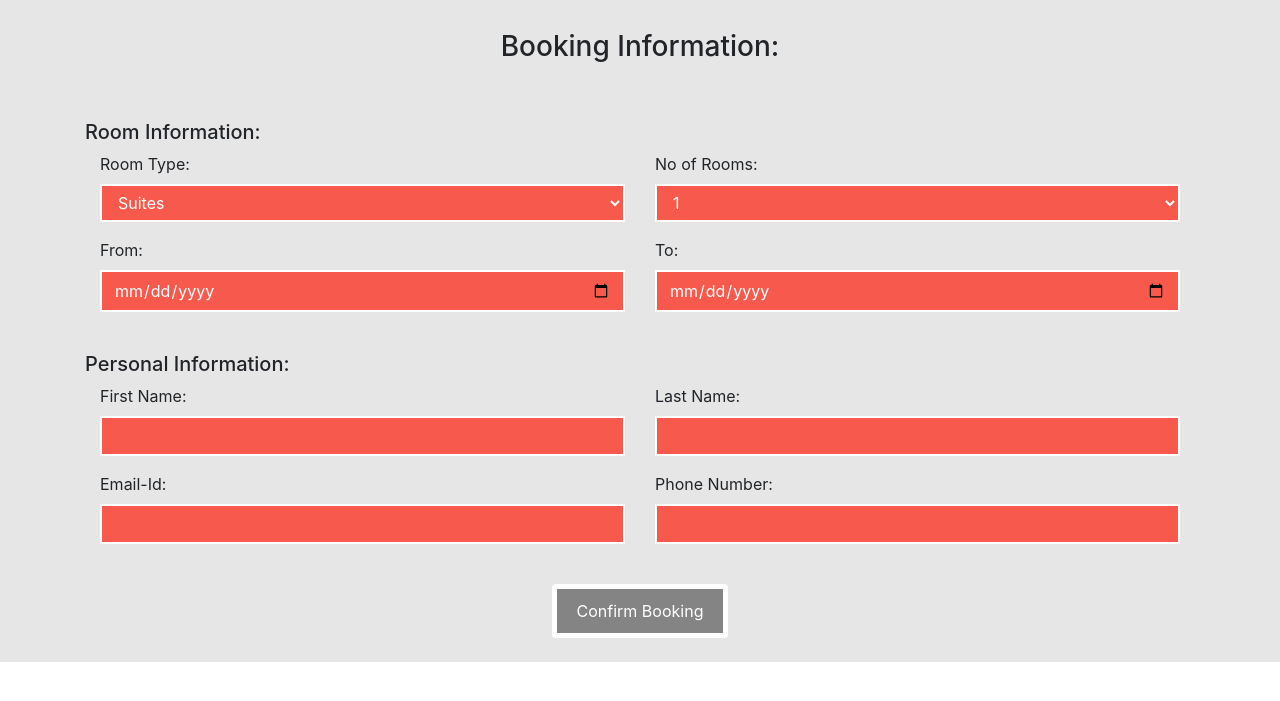
Repository: kapsky5/HotelManagement
Page: booking.html
The author's editor kept a copy of each file at every save. The page is drawn from the files as they stood at one save, then again after the next save.
The browser window is 1280 px wide. The pictures show the whole page.

Above is the page before, as saved 2019-11-07 03:53:47.

### booking.html
<!DOCTYPE html>
<html lang="en">
<head>
    <meta charset="UTF-8">
    <meta name="viewport" content="width=device-width, initial-scale=1.0">
    <meta http-equiv="X-UA-Compatible" content="ie=edge">
    <title>RADISSON BLU</title>
    <link rel="stylesheet" href="css/main.css">
    <link rel="stylesheet" href="https://maxcdn.bootstrapcdn.com/bootstrap/4.0.0/css/bootstrap.min.css" integrity="sha384-Gn5384xqQ1aoWXA+058RXPxPg6fy4IWvTNh0E263XmFcJlSAwiGgFAW/dAiS6JXm" crossorigin="anonymous">
</head>
<body>
    <div class="containerz">
        <div class="container">
            <div class="header" style="padding-top: 30px;">
                <div class="text-center">
                    <h3>Booking Information:</h3>
                </div>
            </div>
            <br>
            <br>
            <form action="" method="POST">
                <h5>Room Information:</h5>
                <div class="row">
                    <div class="col-md-6">
                        <div class="form-group">
                            <label>Room Type:</label>
                            <select class="form-control" placeholder="Select-Room">
                                <option>Suites</option>
                                <option>Deluxe Rooms</option>
                                <option>King Rooms</option>
                                <option>Single</option>
                            </select>
                        </div>
                    </div>
                    <div class="col-md-6">
                        <div class="form-group">
                            <label>No of Rooms:</label>
                            <select class="form-control">
                                <option>1</option>
                                <option>2</option>
                                <option>3</option>
                                <option>4</option>
                            </select>
                        </div>
                    </div>
                    <div class="col-md-6">
                        <div class="form-group">
                            <label>From:</label>
                            <input class="form-control" type="date">
                        </div>
                    </div>
                    <div class="col-md-6">
                        <div class="form-group">
                            <label>To:</label>
                            <input class="form-control" type="date">
                        </div>
                    </div>
                </div>
                <br>
                <h5>Personal Information:</h5>
                <div class="row">
                    <div class="col-md-6">
                        <div class="form-group">
                            <label>First Name:</label>
                            <input class="form-control">
                        </div>
                    </div>
                    <div class="col-md-6">
                        <div class="form-group">
                            <label>Last Name:</label>
                            <input class="form-control">
                        </div>
                    </div>
                    <div class="col-md-6">
                        <div class="form-group">
                            <label>Email-Id:</label>
                            <input class="form-control" type="email">
                        </div>
                    </div>
                    <div class="col-md-6">
                        <div class="form-group">
                            <label>Phone Number:</label>
                            <input class="form-control">
                        </div>
                    </div>
                </div>
                <br>
                <div class="text-center">
                    <button class="btn btn-primary" type="submit" style="background-color: #848484; padding: 10px 20px; border: 5px white solid;">Confirm Booking</button>
                </div>
            </form>
            <br>
        </div>
    </div>
</body>
</html>

### css/main.css
.fixed-top{
    position: absolute !important;
}
.carousel-item{
    height: 100vh;
    min-height: 300px;
    background: no-repeat center center scroll;
    -webkit-baackground-size: cover;
    background-size: cover;
    position: absolute;
}
.carousel-caption {
    top: 40% !important;
}
.carousel-caption h5{
    color: #ffffff;
    text-transform: uppercase;
    font-size: 35px;
    letter-spacing: 2px;
    margin-top:25px;
}
.navbar-light .nav-link{
    text-transform: uppercase;
    color: #ffffff !important;
    font-size: 15px;
    margin-left: 20px;
}
.navbar-light .navbar-brand{
    color: #ffffff !important;
    font-size: 30px;
    letter-spacing: 1px;
}
.nav-link:active, .nav-link:hover {
    color: #F75A4C !important;
}
.carousel-caption .btn {
    margin: 40px 20px;
    padding: 15px 30px;
    border-radius: 40px;
    background: #F75A4C;
    border: none;
    text-transform: uppercase;
    font-size: 18px;
}
.carousel-caption .btn:hover{
    background: #454244;
}
.fac{
    margin: 0 auto;
    font-size: 25px;
    letter-spacing: 1px;
}
.tabx h6{
    font-weight: 600 !important;
}
.nav-item.nav-link{
    color: rgb(192, 192, 192);
}
.nav-item.nav-link.active{
    color: #F75A4C !important;
    background-color: #ffffff !important;
}
#tabs .nav > a{
    border-radius: 0px;
    padding: 40px 1rem;
    border-bottom: 1px solid rgb(192, 192, 192);
}
#tabs .nav > a.active{
    border-bottom: 1px solid #F75A4C;
}
.containerx{
    padding: 40px;
}
.containerx p{
    font-size: 18px;
    line-height: 1.8;
    color: #848484;
}
.tabImg{
    max-width: 100%;
    height: 550px;
}
.heading{
    color: #F75A4C;
    text-transform: uppercase;
    margin-bottom: 20px;
}
.sub-heading{
    margin-top: 20px;
    font-size: 16px;
    color: rgb(192, 192, 192);
}
.foot{
    margin-top: 50px;
    background-color: #E6E6E6;
}
.rowinfoot{
    padding: 30px 0px;
}
.foo-head{
    font-size: 20px;
    color: #F75A4C;
    margin: 20px 0;
}
.foo-text{
    font-size: 16px;
    line-height: 1.5;
}
.foo-text li a{
    color: black;
    text-decoration: none;
}
.copyright {
    color: white;
    background: #554f53;
    justify-content: center;
}
.copyright p{
    margin-bottom: 0;
}
.image{
    width: 100%;
    height: 50vh;
}
.containerz{
    background-color: #E6E6E6;
}
.heading1{
    text-transform: uppercase;
    font-size: 24px;
    letter-spacing: 1px;
}
.room-img{
    width: 100%;
    height: 415px;
}
.card{
    border-radius: 0px !important;
}
.card-body{
    padding: 0px !important;
}
.head-room{
    color: #F75A4C;
    font-size: 22px;
    text-transform: uppercase;
    letter-spacing: 1px;
}
.card-body.row.col-md-5, .card-body.row.col-md-7, .card-body.row.col-md-6, .card-body.row.col-md-3{
    padding: 0px !important;
}

.containerz .imgx, .containerz .imgx{
    padding: 0px !important;
}
.dpt, .dpts{
    padding: 40px 50px !important;
}
.dpt p{
    font-size: 18px;
    line-height: 1.8;
    color: #848484;
}
.dpts p{
    font-size: 16px;
    line-height: 1.5;
    color: #848484;
}
.row{
    margin: 0px !important;
}
.card .btn{
    padding: 10px 30px;
    border-radius: 0px;
    background: #F75A4C;
    border: none;
    text-transform: uppercase;
    font-size: 18px;
}
.avail{
    color: white;
    margin-top: 40px !important;
    background-color: #F75A4C;
    padding: auto auto;
}
.form-control{
    background-color: #F75A4C !important;
    color: white !important;
    border-radius: 0 !important;
    border: 2px solid white !important;
}
input[type=date]::-webkit-inner-spin-button {
    -webkit-appearance: none;
    display: none;
}
.result .btn{
    margin: 10px 20px;
    padding: 15px 30px;
    border-radius: 40px;
    background: #F75A4C;
    border: none;
    text-transform: uppercase;
    font-size: 18px;
}

After the next save:
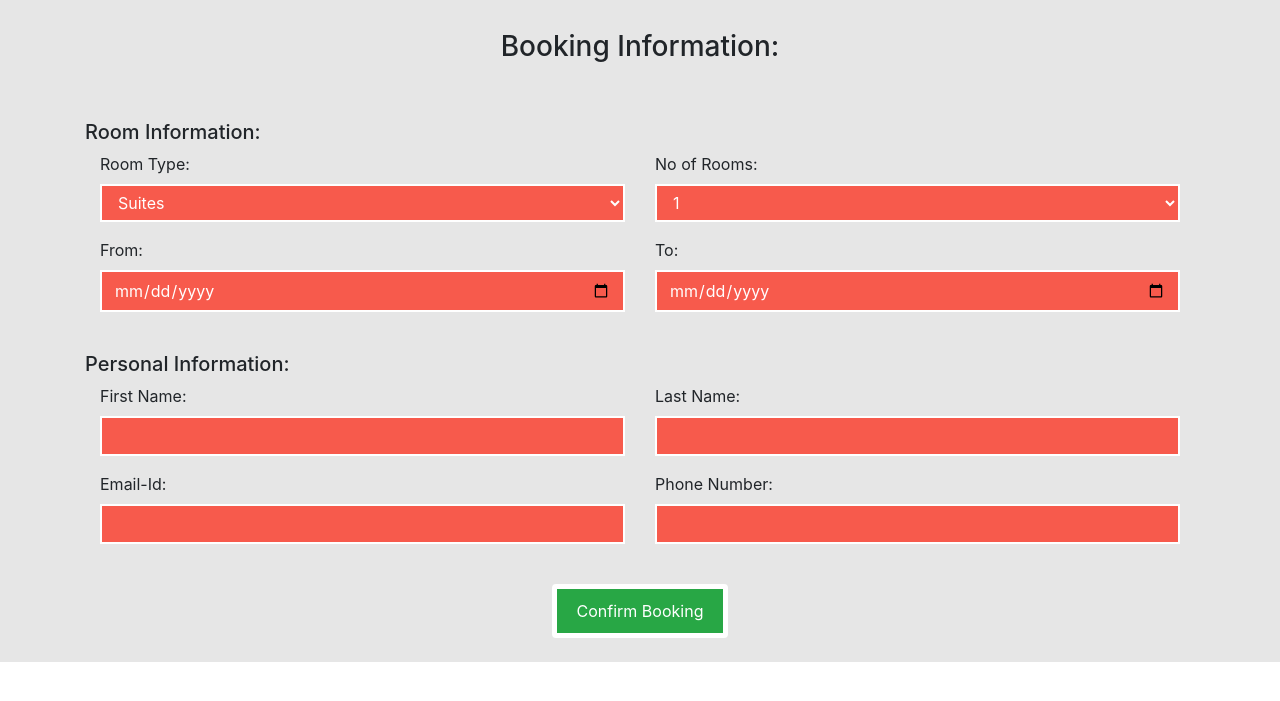
Saved 16 s later.
--- a/booking.html
+++ b/booking.html
@@ -86,7 +86,7 @@
                 </div>
                 <br>
                 <div class="text-center">
-                    <button class="btn btn-primary" type="submit" style="background-color: #848484; padding: 10px 20px; border: 5px white solid;">Confirm Booking</button>
+                    <button class="btn btn-success" type="submit" style=" padding: 10px 20px; border: 5px white solid;">Confirm Booking</button>
                 </div>
             </form>
             <br>
